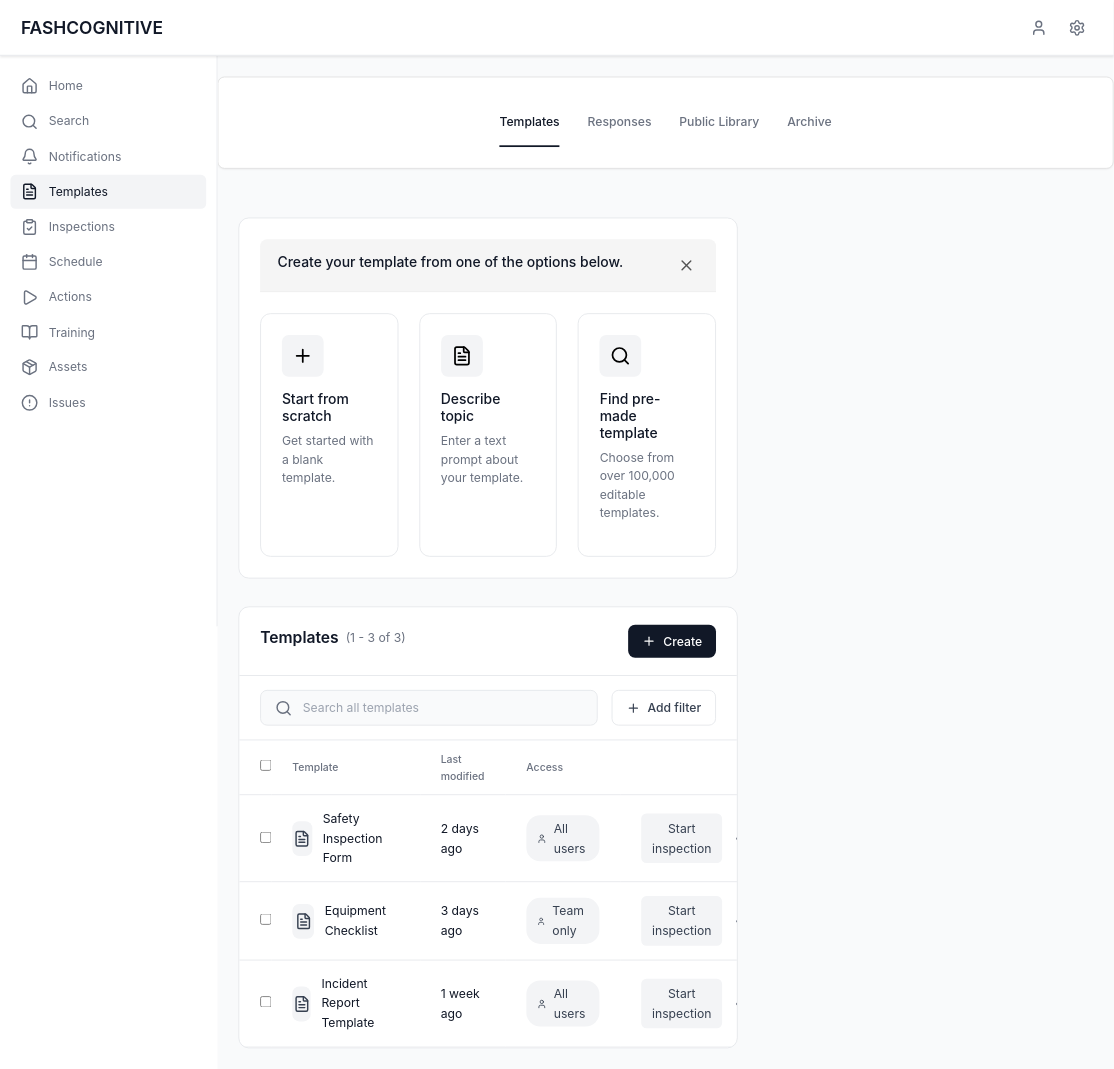
Repository: loganand612/fashcognitive-intern
Page: /template (app in fash/)
The author's editor kept a copy of each file at every save. The page is drawn from the files as they stood at one save, then again after the next save.
The browser window is 1280 px wide. The pictures show the whole page, at 87% of full size.
The project was rebuilt for these pictures with package versions that can differ from the ones it lists, and the page was loaded fresh each time. Also part of the build but not shown: fash/src/pages/Login.css, fash/src/pages/Register.css, fash/src/pages/Home.tsx, fash/src/pages/Login.tsx, fash/src/pages/Register.tsx, fash/src/pages/Home2.tsx, fash/src/pages/Create_template.tsx, fash/src/pages/Dashboard.tsx. Imported but missing from the stored project, and not drawn on this page: fash/src/pages/assets/head1.mp4.

Above is the page before, as saved 2025-03-31 11:39:02.

### fash/src/index.tsx
import React from 'react';
import ReactDOM from 'react-dom/client';

// Import third-party styles first
import 'bootstrap/dist/css/bootstrap.min.css';
import '@fortawesome/fontawesome-free/css/all.min.css';

// Import page-specific styles last
import './pages/Home.css';
import './pages/Home2.css';
import './pages/Login.css';
import './pages/Register.css';
import './pages/Dashboard.css';
import './pages/Template.css';
import './pages/Create_template.css';

import App from './App';
import reportWebVitals from './reportWebVitals';

const root = ReactDOM.createRoot(
  document.getElementById('root') as HTMLElement
);
root.render(
  <React.StrictMode>
    <App />
  </React.StrictMode>
);

// If you want to start measuring performance in your app, pass a function
// to log results (for example: reportWebVitals(console.log))
// or send to an analytics endpoint. Learn more: https://bit.ly/CRA-vitals
reportWebVitals();

### fash/src/pages/Home.css
/* Reset & Base Styles */
* {
  margin: 0;
  padding: 0;
  box-sizing: border-box;
  font-family: -apple-system, BlinkMacSystemFont, 'Segoe UI', Roboto, sans-serif;
}

body {
  font-family: -apple-system, BlinkMacSystemFont, 'Segoe UI', Roboto, sans-serif;
  background-color: #f8f9fe;
  color: #1f2937;
  line-height: 1.5;
}

/* Layout */
.page-wrapper {
  min-height: 100vh;
  display: flex;
  flex-direction: column;
}

.content-wrapper {
  display: flex;
  flex: 1;
  position: relative;
}

/* Navigation */
.navbar {
  background: white;
  height: 64px;
  padding: 0 2rem;
  box-shadow: 0 1px 3px rgba(0,0,0,0.1);
  display: flex;
  align-items: center;
  justify-content: space-between;
  position: fixed;
  top: 0;
  left: 0;
  right: 0;
  z-index: 1000;
}

.logo {
  font-weight: bold;
  font-size: 1.5rem;
  color: #302d2d;
  text-decoration: none;
  transition: all 0.3s ease;
}

.logo:hover {
  color: #2563eb;
}

.nav-links {
  display: flex;
  gap: 1rem;
  align-items: center;
}

/* Buttons */
.btn {
  padding: 0.5rem 1rem;
  border-radius: 0.375rem;
  border: none;
  cursor: pointer;
  font-size: 0.875rem;
  font-weight: 500;
  text-decoration: none;
  transition: all 0.3s ease;
}

.btn-primary {
  background: #3b82f6;
  color: white;
}

.btn-primary:hover {
  background: #c0ceec;
}

.btn-secondary {
  background: #ffffff;
  border: 1px solid #e5e7eb;
  color: #4b5563;
}

.btn-secondary:hover {
  background: #d2d5da;
}

/* Language Selector */
.language-select {
  position: relative;
}

.language-btn {
  display: flex;
  align-items: center;
  gap: 0.5rem;
  padding: 0.5rem 1rem;
  border: 1px solid #e5e7eb;
  border-radius: 1.5rem;
  background: white;
  cursor: pointer;
  transition: all 0.3s ease;
}

.language-btn:hover {
  border-color: #3b82f6;
}

.language-dropdown {
  position: absolute;
  top: calc(100% + 0.5rem);
  right: 0;
  background: white;
  border-radius: 0.5rem;
  box-shadow: 0 4px 6px rgba(0,0,0,0.1);
  padding: 0.5rem 0;
  display: none;
  min-width: 150px;
  z-index: 1000;
}

.language-select:hover .language-dropdown {
  display: block;
}

.language-option {
  padding: 0.5rem 1rem;
  cursor: pointer;
  transition: all 0.3s ease;
}

.language-option:hover {
  background: #f8f9fe;
  color: #3b82f6;
}

/* Notification Badge */
.notification-badge {
  position: relative;
}

.notification-badge::after {
  content: '';
  position: absolute;
  top: -2px;
  right: -2px;
  width: 8px;
  height: 8px;
  background-color: #ef4444;
  border-radius: 50%;
  border: 2px solid white;
}

/* Sidebar */
.sidebar {
  width: 250px;
  background: white;
  height: calc(100vh - 64px);
  position: fixed;
  top: 64px;
  left: 0;
  padding: 1.5rem 1rem;
  border-right: 1px solid #e5e7eb;
  overflow-y: auto;
  z-index: 100;
}

.sidebar-link {
  display: flex;
  align-items: center;
  padding: 0.75rem 1rem;
  color: #4b5563;
  text-decoration: none;
  border-radius: 0.5rem;
  margin-bottom: 0.5rem;
  transition: all 0.3s ease;
}

.sidebar-link:hover {
  background: #f8f9fe;
  color: #3b82f6;
}

.sidebar-link.active {
  background: #3b82f6;
  color: white;
}

/* Main Content */
.main-content {
  margin-left: 250px;
  margin-top: 64px;
  padding: 5rem;
  width: calc(100% - 250px);
  min-height: calc(100vh - 64px);
}

.landing-content {
  display: flex;
  justify-content: space-between;
  align-items: center;
  gap: 4rem;
  max-width: 1200px;
  margin: 0 auto;
}

.content-left {
  flex: 1;
}

.content-left h1 {
  font-size: 2.5rem;
  color: #1f2937;
  margin-bottom: 2rem;
  line-height: 1.2;
}

.feature-list {
  list-style: none;
}

.feature-list li {
  display: flex;
  align-items: center;
  gap: 1rem;
  margin-bottom: 1rem;
  color: #4b5563;
}

.feature-list li::before {
  content: "";
  width: 20px;
  height: 20px;
  background: #3b82f6;
  border-radius: 50%;
  opacity: 0.2;
}

.qr-container {
  background: white;
  padding: 1rem;
  border-radius: 20px;
  box-shadow: 0 10px 15px rgba(0,0,0,0.1);
  transition: all 0.3s ease;
}

.qr-container:hover {
  transform: translateY(-5px);
  box-shadow: 0 4px 6px rgba(0,0,0,0.1);
}

.qr-code {
  width: 100%;
  max-width: 300px;
}

/* Footer */
.footer {
  background: white;
  padding: 5rem 7rem;
  margin-top: auto;
  margin-left: 250px;
}

.footer-content {
  max-width: 1500px;
  margin: 0 auto;
  display: grid;
  grid-template-columns: repeat(4, 1fr);
  gap: 2rem;
}

.footer-section h3 {
  color: #3b82f6;
  margin-bottom: 1rem;
  font-size: 1.1rem;
}

.footer-section ul {
  list-style: none;
}

.footer-section ul li {
  margin-bottom: 0.5rem;
}

.footer-section ul li a {
  color: #4b5563;
  text-decoration: none;
  transition: all 0.3s ease;
}

.footer-section ul li a:hover {
  color: #3b82f6;
}

.footer-bottom {
  max-width: 1200px;
  margin: 2rem auto 0;
  padding-top: 6rem;
  border-top: 1px solid #e5e7eb;
  text-align: center;
}

.store-buttons {
  display: flex;
  justify-content: center;
  gap: 1rem;
  margin-top: 1rem;
}

.store-buttons img {
  height: 40px;
  transition: all 0.3s ease;
}

.store-buttons img:hover {
  transform: translateY(-2px);
}

/* Mobile Menu Button */
.mobile-menu-btn {
  display: none;
  padding: 0.5rem;
  cursor: pointer;
  background: none;
  border: none;
}

/* Responsive Design */
@media (max-width: 1024px) {
  .sidebar {
      width: 200px;
  }

  .main-content {
      margin-left: 200px;
      width: calc(100% - 200px);
  }

  .footer {
      margin-left: 200px;
  }
}

@media (max-width: 768px) {
  .navbar {
      padding: 0 1rem;
  }

  .mobile-menu-btn {
      display: block;
  }

  .nav-links {
      display: none;
  }

  .nav-links.active {
      display: flex;
      flex-direction: column;
      position: absolute;
      top: 64px;
      left: 0;
      right: 0;
      background: white;
      padding: 1rem;
      box-shadow: 0 4px 6px rgba(0,0,0,0.1);
  }

  .sidebar {
      transform: translateX(-100%);
      transition: transform 0.3s ease;
  }

  .sidebar.active {
      transform: translateX(0);
  }

  .main-content,
  .footer {
      margin-left: 0;
      width: 100%;
  }

  .landing-content {
      flex-direction: column;
      text-align: center;
      padding: 1rem;
  }

  .content-left h1 {
      font-size: 2rem;
  }

  .footer-content {
      grid-template-columns: repeat(2, 1fr);
  }
}

@media (max-width: 480px) {
  .footer-content {
      grid-template-columns: 1fr;
  }
}

### fash/src/pages/Dashboard.css
.dashboard-container {
  display: flex;
  flex-direction: column;
  min-height: 100vh;
}

/* Navbar */
.navbar {
  position: fixed;
  top: 0;
  left: 0;
  right: 0;
  height: 64px;
  background: white;
  border-bottom: 1px solid #e5e7eb;
  display: flex;
  align-items: center;
  justify-content: space-between;
  padding: 0 24px;
  z-index: 50;
}

.navbar-brand {
  font-size: 20px;
  font-weight: 600;
}

.navbar-actions {
  display: flex;
  gap: 8px;
}

.nav-button {
  padding: 8px;
  background: none;
  border: none;
  border-radius: 8px;
  color: #6b7280;
  cursor: pointer;
  transition: all 0.2s;
}

.nav-button:hover {
  background-color: #f3f4f6;
  color: #111827;
}

.nav-icon {
  width: 20px;
  height: 20px;
}

/* Sidebar */
.sidebar {
  position: fixed;
  top: 64px;
  left: 0;
  width: 250px;
  height: calc(100vh - 64px);
  background: white;
  border-right: 1px solid #e5e7eb;
  padding: 16px 12px;
  overflow-y: auto;
}

.sidebar-nav {
  display: flex;
  flex-direction: column;
  gap: 2px;
}

.nav-link {
  display: flex;
  align-items: center;
  padding: 8px 12px;
  color: #6b7280;
  text-decoration: none;
  border-radius: 6px;
  transition: all 0.2s;
}

.nav-link:hover {
  background-color: #f3f4f6;
  color: #111827;
}

.nav-link .nav-icon {
  margin-right: 12px;
}

/* Main Content */
.main-content {
  margin-left: 250px;
  margin-top: 64px;
  padding: 32px;
  background-color: #f9fafb;
  min-height: calc(100vh - 64px);
}

/* Header Section */
.header-section {
  display: flex;
  justify-content: space-between;
  align-items: center;
  margin-bottom: 24px;
}

.page-title {
  font-size: 24px;
  font-weight: 600;
  color: #111827;
}

.user-tags {
  display: flex;
  align-items: center;
  gap: 8px;
}

.user-tag {
  display: flex;
  align-items: center;
  justify-content: center;
  min-width: 32px;
  height: 32px;
  padding: 0 12px;
  background-color: #f3f4f6;
  border-radius: 16px;
  font-size: 14px;
  font-weight: 500;
  color: #374151;
}

.user-count {
  display: flex;
  align-items: center;
  justify-content: center;
  height: 32px;
  padding: 0 12px;
  background-color: #f3f4f6;
  border-radius: 16px;
  font-size: 14px;
  font-weight: 500;
  color: #374151;
}

.add-user-button {
  height: 32px;
  padding: 0 16px;
  background-color: #111827;
  color: white;
  border: none;
  border-radius: 16px;
  font-size: 14px;
  font-weight: 500;
  cursor: pointer;
  transition: background-color 0.2s;
}

.add-user-button:hover {
  background-color: #1f2937;
}

/* Summary Cards */
.summary-cards {
  display: grid;
  grid-template-columns: repeat(3, 1fr);
  gap: 24px;
  margin-bottom: 32px;
}

.summary-card {
  background: white;
  border: 1px solid #e5e7eb;
  border-radius: 12px;
  padding: 24px;
  display: flex;
  align-items: center;
  justify-content: space-between;
}

.card-content {
  display: flex;
  align-items: center;
  gap: 16px;
}

.card-icon {
  width: 48px;
  height: 48px;
  background: #f3f4f6;
  border-radius: 8px;
  display: flex;
  align-items: center;
  justify-content: center;
}

.card-icon .icon {
  width: 24px;
  height: 24px;
  color: #374151;
}

.card-info {
  display: flex;
  flex-direction: column;
}

.card-count {
  font-size: 24px;
  font-weight: 600;
  color: #111827;
  line-height: 1.2;
}

.card-label {
  font-size: 14px;
  color: #6b7280;
}

.card-sublabel {
  font-size: 12px;
  color: #9ca3af;
  margin-top: 2px;
}

.card-arrow {
  width: 20px;
  height: 20px;
  color: #9ca3af;
}

/* Recent Activity */
.recent-activity {
  background: white;
  border: 1px solid #e5e7eb;
  border-radius: 12px;
  overflow: hidden;
}

.section-title {
  font-size: 18px;
  font-weight: 600;
  color: #111827;
  padding: 20px 24px;
  border-bottom: 1px solid #e5e7eb;
}

.activity-list {
  display: flex;
  flex-direction: column;
}

.activity-item {
  display: flex;
  align-items: center;
  justify-content: space-between;
  padding: 16px 24px;
  border-bottom: 1px solid #e5e7eb;
}

.activity-item:last-child {
  border-bottom: none;
}

.activity-info {
  display: flex;
  flex-direction: column;
  gap: 4px;
}

.activity-title {
  font-size: 14px;
  font-weight: 500;
  color: #111827;
}

.activity-meta {
  display: flex;
  gap: 16px;
}

.meta-type,
.meta-date {
  font-size: 14px;
  color: #6b7280;
}

.status-badge {
  padding: 4px 12px;
  border-radius: 16px;
  font-size: 14px;
  font-weight: 500;
}

.status-badge.completed {
  background-color: #f3f4f6;
  color: #111827;
}

.status-badge.in-progress {
  background-color: #f3f4f6;
  color: #6b7280;
}

/* Responsive */
@media (max-width: 1024px) {
  .summary-cards {
    grid-template-columns: repeat(2, 1fr);
  }
}

@media (max-width: 768px) {
  .summary-cards {
    grid-template-columns: 1fr;
  }

  .sidebar {
    width: 64px;
  }

  .nav-link span {
    display: none;
  }

  .main-content {
    margin-left: 64px;
  }
}

### fash/src/pages/Template.css
.app-container {
  min-height: 100vh;
  display: flex;
  flex-direction: column;
}

/* Navbar */
.navbar {
  position: fixed;
  top: 0;
  left: 0;
  right: 0;
  height: 64px;
  background: white;
  border-bottom: 1px solid #e5e7eb;
  display: flex;
  align-items: center;
  justify-content: space-between;
  padding: 0 24px;
  z-index: 50;
}

.navbar-brand {
  font-size: 20px;
  font-weight: 600;
  color: #111827;
}

.navbar-actions {
  display: flex;
  gap: 8px;
}

.nav-button {
  padding: 8px;
  background: none;
  border: none;
  border-radius: 8px;
  color: #6b7280;
  cursor: pointer;
  transition: all 0.2s;
  display: flex;
  align-items: center;
  justify-content: center;
}

.nav-button:hover {
  background-color: #f3f4f6;
  color: #111827;
}

/* Sidebar */
.sidebar {
  position: fixed;
  top: 64px;
  left: 0;
  width: 250px;
  height: calc(100vh - 64px);
  background: white;
  border-right: 1px solid #e5e7eb;
  padding: 16px 12px;
  overflow-y: auto;
  z-index: 40;
}

.sidebar-nav {
  display: flex;
  flex-direction: column;
  gap: 2px;
}

.nav-link {
  display: flex;
  align-items: center;
  gap: 12px;
  padding: 8px 12px;
  color: #6b7280;
  text-decoration: none;
  border-radius: 6px;
  transition: all 0.2s;
  font-size: 14px;
}

.nav-link:hover {
  background-color: #f3f4f6;
  color: #111827;
}

.nav-link.active {
  background-color: #f3f4f6;
  color: #111827;
}

/* Main Content */
.template-container {
  margin-left: 250px;
  margin-top: 64px;
  min-height: calc(100vh - 64px);
  background-color: #f9fafb;
  flex: 1;
}

.template-header {
  position: sticky;
  top: 64px;
  background-color: white;
  border-bottom: 1px solid #e5e7eb;
  z-index: 30;
}

.template-tabs {
  max-width: 1200px;
  margin: 0 auto;
  display: flex;
  gap: 32px;
  padding: 0 32px;
}

.tab {
  padding: 16px 0;
  font-size: 14px;
  font-weight: 500;
  color: #6b7280;
  background: none;
  border: none;
  border-bottom: 2px solid transparent;
  cursor: pointer;
  transition: all 0.2s;
}

.tab:hover {
  color: #111827;
}

.tab.active {
  color: #111827;
  border-bottom-color: #111827;
}

.template-content {
  max-width: 1200px;
  margin: 0 auto;
  padding: 32px;
}

/* Creation Section */
.creation-section {
  background: white;
  border-radius: 12px;
  border: 1px solid #e5e7eb;
  margin-bottom: 32px;
  padding: 24px;
}

.section-header {
  display: flex;
  justify-content: space-between;
  align-items: center;
  margin-bottom: 24px;
}

.section-header h2 {
  font-size: 16px;
  font-weight: 500;
  color: #111827;
}

.close-button {
  padding: 8px;
  background: none;
  border: none;
  border-radius: 8px;
  color: #6b7280;
  cursor: pointer;
  transition: all 0.2s;
  display: flex;
  align-items: center;
  justify-content: center;
}

.close-button:hover {
  background-color: #f3f4f6;
  color: #111827;
}

.creation-options {
  display: grid;
  grid-template-columns: repeat(3, 1fr);
  gap: 24px;
}

.option-card {
  background: white;
  border: 1px solid #e5e7eb;
  border-radius: 12px;
  padding: 24px;
  cursor: pointer;
  transition: all 0.2s;
}

.option-card:hover {
  border-color: #9ca3af;
}

.option-icon {
  width: 48px;
  height: 48px;
  background: #f3f4f6;
  border-radius: 8px;
  display: flex;
  align-items: center;
  justify-content: center;
  margin-bottom: 16px;
}

.option-card h3 {
  font-size: 16px;
  font-weight: 500;
  color: #111827;
  margin-bottom: 8px;
}

.option-card p {
  font-size: 14px;
  color: #6b7280;
  line-height: 1.5;
}

/* Templates Section */
.templates-section {
  background: white;
  border-radius: 12px;
  border: 1px solid #e5e7eb;
  overflow: hidden;
}

.templates-header {
  display: flex;
  justify-content: space-between;
  align-items: center;
  padding: 20px 24px;
  border-bottom: 1px solid #e5e7eb;
}

.templates-header h2 {
  font-size: 18px;
  font-weight: 600;
  color: #111827;
  display: flex;
  align-items: center;
  gap: 8px;
}

.count {
  font-size: 14px;
  font-weight: normal;
  color: #6b7280;
}

.create-button {
  display: flex;
  align-items: center;
  gap: 8px;
  padding: 8px 16px;
  background-color: #111827;
  color: white;
  border: none;
  border-radius: 8px;
  font-size: 14px;
  font-weight: 500;
  cursor: pointer;
  transition: background-color 0.2s;
}

.create-button:hover {
  background-color: #1f2937;
}

.search-controls {
  display: flex;
  gap: 16px;
  padding: 16px 24px;
  border-bottom: 1px solid #e5e7eb;
}

.search-field {
  flex: 1;
  display: flex;
  align-items: center;
  gap: 12px;
  padding: 8px 16px;
  background: #f9fafb;
  border: 1px solid #e5e7eb;
  border-radius: 8px;
}

.search-icon {
  color: #6b7280;
}

.search-field input {
  flex: 1;
  border: none;
  background: none;
  font-size: 14px;
  color: #111827;
  outline: none;
}

.search-field input::placeholder {
  color: #9ca3af;
}

.filter-button {
  display: flex;
  align-items: center;
  gap: 8px;
  padding: 8px 16px;
  background: white;
  border: 1px solid #e5e7eb;
  border-radius: 8px;
  font-size: 14px;
  font-weight: 500;
  color: #374151;
  cursor: pointer;
  transition: all 0.2s;
}

.filter-button:hover {
  background: #f9fafb;
  border-color: #9ca3af;
}

/* Table Styles */
.templates-table {
  width: 100%;
}

table {
  width: 100%;
  border-collapse: collapse;
}

th {
  padding: 12px 24px;
  font-size: 12px;
  font-weight: 500;
  color: #6b7280;
  text-align: left;
  border-bottom: 1px solid #e5e7eb;
}

td {
  padding: 16px 24px;
  font-size: 14px;
  color: #111827;
  border-bottom: 1px solid #e5e7eb;
}

.checkbox-column {
  width: 48px;
  padding-right: 0;
}

.template-cell {
  display: flex;
  align-items: center;
  gap: 12px;
}

.template-icon {
  width: 40px;
  height: 40px;
  background: #f3f4f6;
  border-radius: 8px;
  display: flex;
  align-items: center;
  justify-content: center;
  color: #374151;
}

.access-badge {
  display: inline-flex;
  align-items: center;
  gap: 8px;
  padding: 4px 12px;
  background: #f3f4f6;
  border-radius: 16px;
  font-size: 14px;
  color: #374151;
}

.action-buttons {
  display: flex;
  align-items: center;
  gap: 8px;
}

.start-inspection {
  padding: 6px 12px;
  background: #f3f4f6;
  border: none;
  border-radius: 6px;
  font-size: 14px;
  color: #374151;
  cursor: pointer;
  transition: all 0.2s;
}

.start-inspection:hover {
  background: #e5e7eb;
}

.more-options {
  padding: 6px;
  background: none;
  border: none;
  border-radius: 6px;
  color: #6b7280;
  cursor: pointer;
  transition: all 0.2s;
  display: flex;
  align-items: center;
  justify-content: center;
}

.more-options:hover {
  background: #f3f4f6;
  color: #374151;
}

/* Responsive */
@media (max-width: 1024px) {
  .creation-options {
    grid-template-columns: repeat(2, 1fr);
  }
}

@media (max-width: 768px) {
  .creation-options {
    grid-template-columns: 1fr;
  }

  .template-tabs {
    gap: 16px;
    padding: 0 16px;
  }

  .template-content {
    padding: 16px;
  }
}

### fash/src/App.tsx
import { BrowserRouter as Router, Route, Routes } from 'react-router-dom';
import Home from './pages/Home';
import Login from './pages/Login';
import Register from './pages/Register';
import Home2 from './pages/Home2';
import Create_template from './pages/Create_template';
import Dashboard from './pages/Dashboard';
import Template from './pages/Template_page';

function App() {
    return (
        <div className="app-container">
            <Router>
                <div className="page-container">
                    <div className="content-container">
                        <Routes>
                            <Route path="/" element={<Home2 />} />
                            <Route path="/login" element={<Login />} />
                            <Route path="/register" element={<Register />} />
                            <Route path="/homee" element={<Home />} />
                            <Route path="/ct" element={<Create_template />} />
                            <Route path="/dashboard" element={<Dashboard />} />
                            <Route path="template" element={<Template />} />
                        </Routes>
                    </div>
                </div>
            </Router>
        </div>
    );
}

export default App;

### fash/src/reportWebVitals.ts
import { onCLS, onFID, onFCP, onLCP, onTTFB } from 'web-vitals';

const reportWebVitals = (onPerfEntry?: (metric: any) => void) => {
  if (onPerfEntry && onPerfEntry instanceof Function) {
    onCLS(onPerfEntry);
    onFID(onPerfEntry);
    onFCP(onPerfEntry);
    onLCP(onPerfEntry);
    onTTFB(onPerfEntry);
  }
};

export default reportWebVitals;

Loaded but not shown: fash/public/index.html (common file); fash/src/pages/Create_template.css (2714 lines, source omitted); fash/src/pages/Home2.css (1263 lines, source omitted); fash/src/pages/Template_page.tsx (192 lines, source omitted)

After the next save:
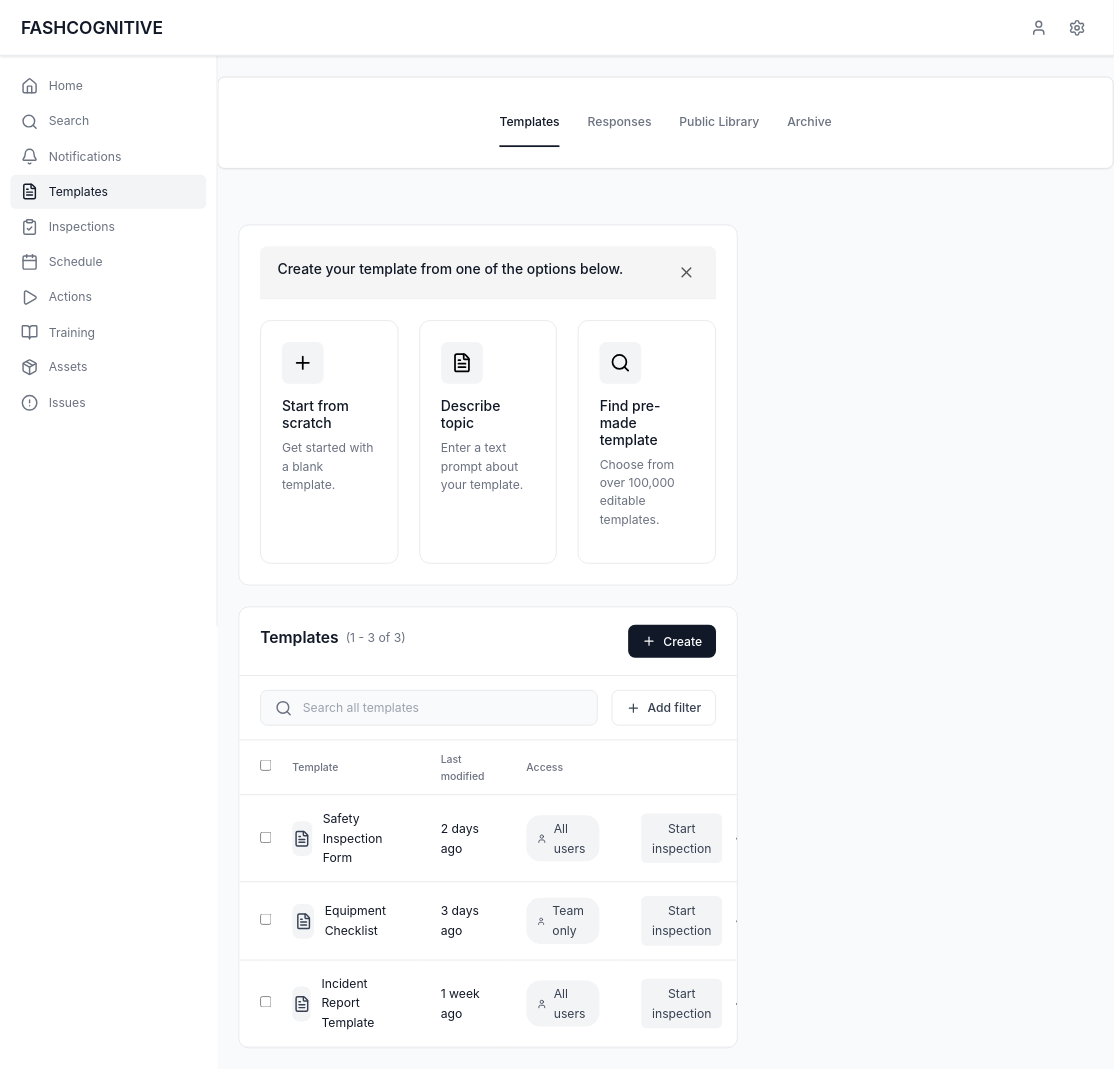
Saved 12 days later.
--- a/fash/src/pages/Template.css
+++ b/fash/src/pages/Template.css
@@ -140,7 +140,7 @@
 .template-content {
   max-width: 1200px;
   margin: 0 auto;
-  padding: 32px;
+  padding: 16px 32px;
 }
 
 /* Creation Section */
@@ -148,7 +148,8 @@
   background: white;
   border-radius: 12px;
   border: 1px solid #e5e7eb;
-  margin-bottom: 32px;
+  margin-top: 8px;
+  margin-bottom: 24px;
   padding: 24px;
 }
 
